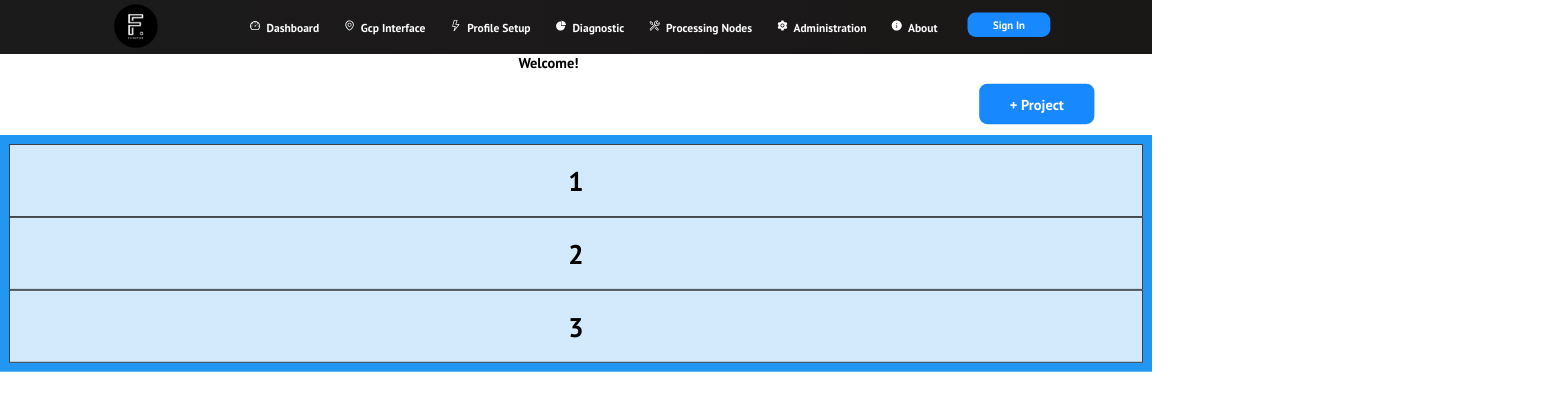
Repository: Akshaykumar1111/akki
Page: /Dashboard
An editor plug-in stored every save of this project. The page is shown before and after the next save, followed by the edit.
The browser window is 1280 px wide. The page is 1280 px wide, then 1731 px, then 1280 px, so the pictures cover 1731 px, including what lies to the right of the window. The pictures show the whole page, at 90% of full size.
Some web libraries are served in a nearby version. The project was rebuilt for these pictures with package versions that can differ from the ones it lists, and the page was loaded fresh each time. Also part of the build but not shown: src/components/pages/Administration.css, src/components/pages/Administration.js, src/components/pages/Diagnostic.js, src/components/pages/ProfileSetup.js, src/components/pages/GcpInterface.js, src/components/pages/ProcessingNodes.js, src/components/pages/About.js, src/components/pages/Popup.css and 7 more.

Above is the page before, as saved 2022-10-20 12:18:18.

After the next save:
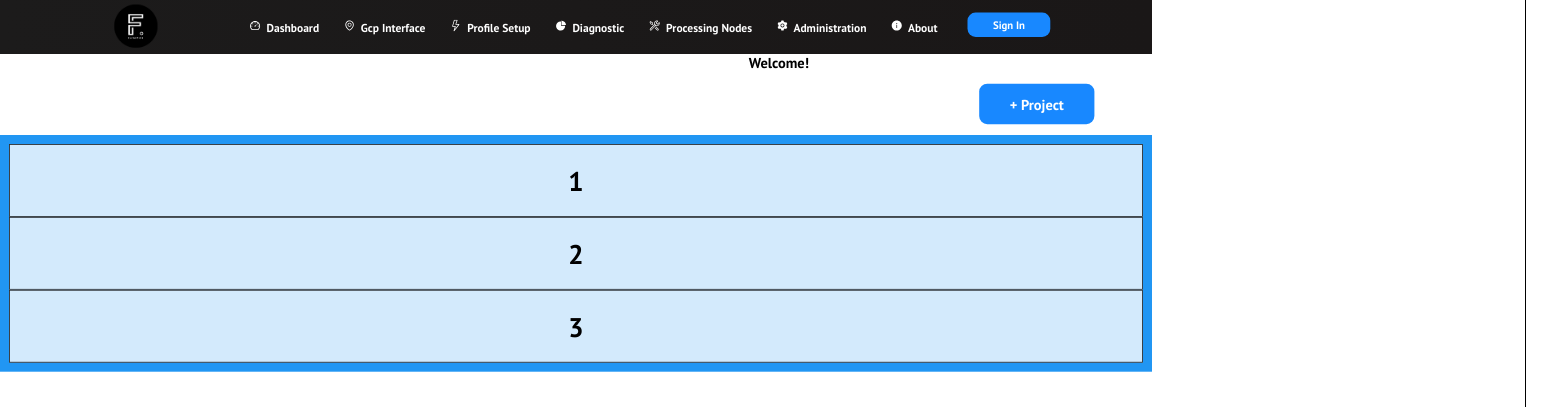
Saved 23 s later.
--- a/src/components/pages/Dashboard.css
+++ b/src/components/pages/Dashboard.css
@@ -13,5 +13,5 @@
   }
 .Welcome{
     padding: 45%;
-    margin-top: 100%;
+    margin:20%;
 }

After the 2 saves that followed:
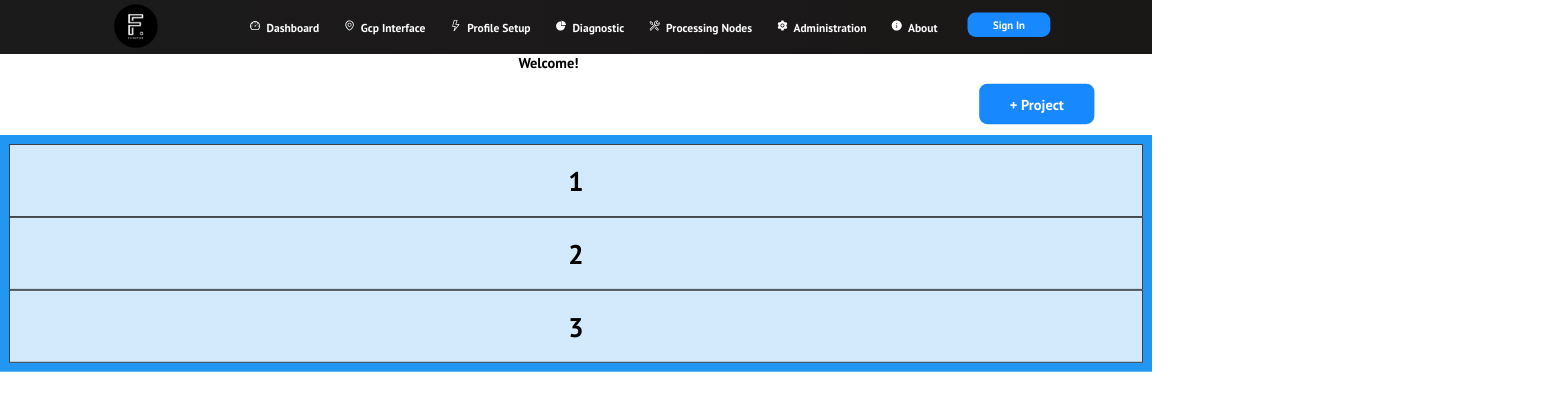
The 2 saves are shown as one change because 1 left the picture as it was.
The last was saved 38 s later.
--- a/src/components/pages/Dashboard.css
+++ b/src/components/pages/Dashboard.css
@@ -13,5 +13,4 @@
   }
 .Welcome{
     padding: 45%;
-    margin:20%;
 }
